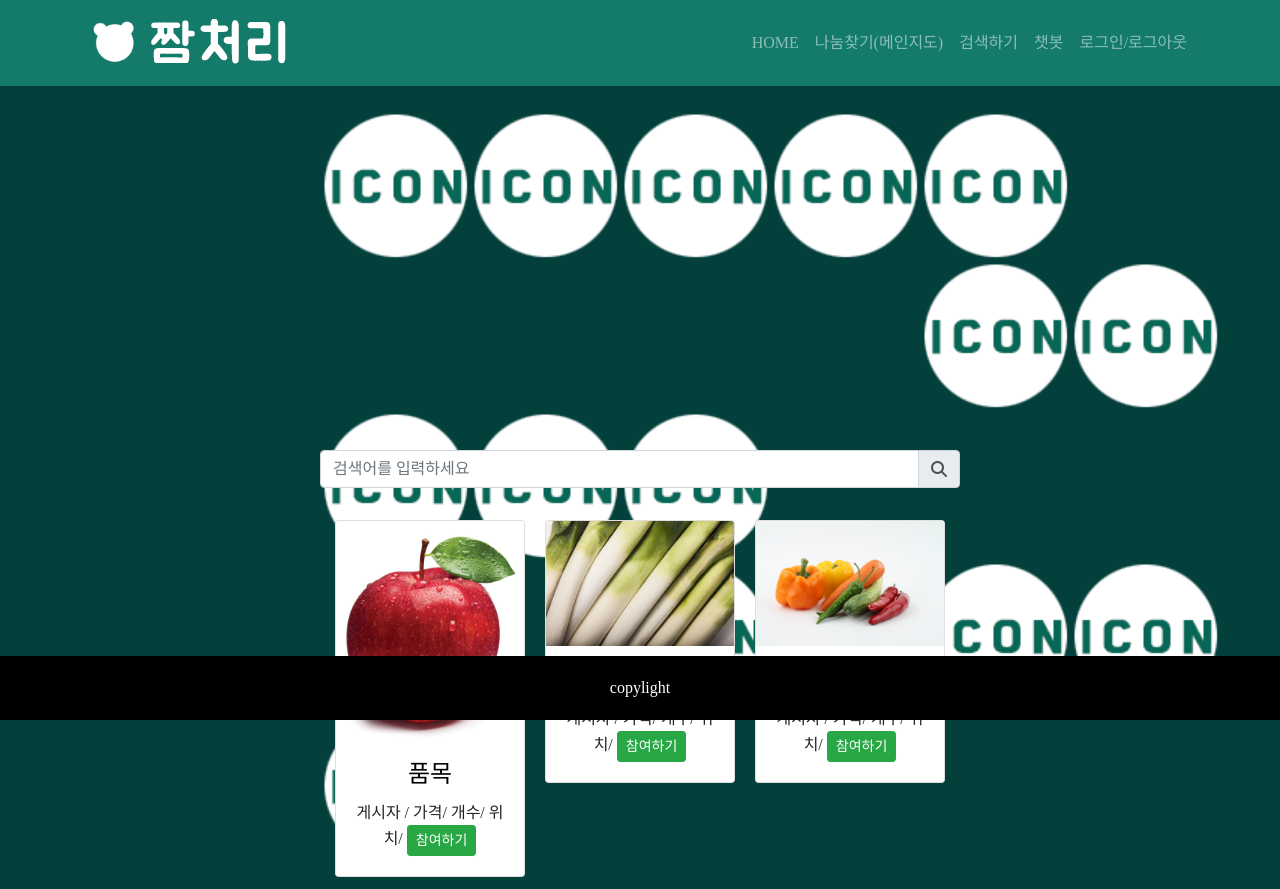
Repository: navang/JJAM_project
Page: http://localhost/jjam/jjam_2_search.jsp
These files come from the project's save history. The page is drawn as it stood at one moment and after the next save; the edit follows.
The browser window is 1280 px wide. The pictures show the whole page.
Some web fonts or font styles are not loaded; a fallback is used. Some web libraries are served in a nearby version. The page is served by Tomcat 9. Nobody is signed in. The application's start-up code is not run.

Above is the page before, as saved 2019-07-15 11:26:15.

After the next save:
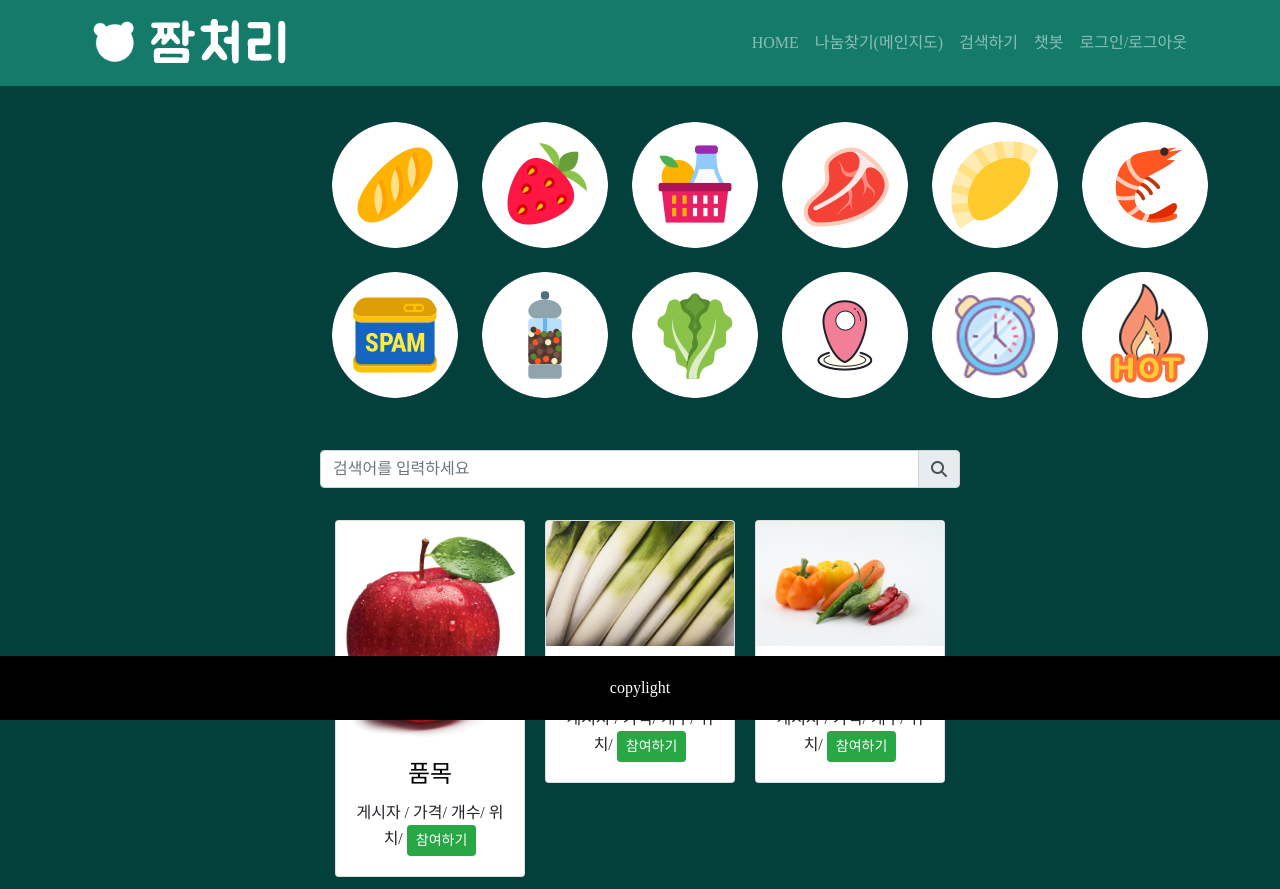
Saved 13 h 47 min later.
--- a/jjam/src/main/webapp/jjam_2_search.jsp
+++ b/jjam/src/main/webapp/jjam_2_search.jsp
@@ -68,36 +68,20 @@
     <div></div><!-- 그리드 왼쪽 공백-->
     <div>
 
-         <div id="grid">
-             <!-- 검색 아이콘이들어가는 내부 그리드-->
-             <!-- 버튼 기능 처리해줄까-->
-             <div><img src="./resources/image/search-icon.png" class="w-100"></div>
-             <div><img src="./resources/image/search-icon.png" class="w-100"></div>
-             <div><img src="./resources/image/search-icon.png" class="w-100"></div>
-             <div><img src="./resources/image/search-icon.png" class="w-100"></div>
-             <div><img src="./resources/image/search-icon.png" class="w-100"></div>
-             <div></div>
-             <div></div>
-             <div></div>
-             <div></div>
-             <div></div>
-             <div><img src="./resources/image/search-icon.png" class="w-100"></div>
-             <div><img src="./resources/image/search-icon.png" class="w-100"></div>
-             <div><img src="./resources/image/search-icon.png" class="w-100"></div>
-             <div><img src="./resources/image/search-icon.png" class="w-100"></div>
-             <div><img src="./resources/image/search-icon.png" class="w-100"></div>
-             <div></div>
-             <div></div>
-             <div></div>
-             <div></div>
-             <div></div>
-             <div><img src="./resources/image/search-icon.png" class="w-100"></div>
-             <div><img src="./resources/image/search-icon.png" class="w-100"></div>
-             <div><img src="./resources/image/search-icon.png" class="w-100"></div>
-             <div><img src="./resources/image/search-icon.png" class="w-100"></div>
-             <div><img src="./resources/image/search-icon.png" class="w-100"></div>
-        </div>
-
+      <div id="grid">
+             <div style="padding: 10px;"><img src="./img/icons/sel/bread_icon.png" alt=""></div>
+             <div style="padding: 10px;"><img src="./img/icons/sel/fruit_icon.png" alt=""></div>
+             <div style="padding: 10px;"><img src="./img/icons/sel/ingredients_icon.png" alt=""></div>
+             <div style="padding: 10px;"><img src="./img/icons/sel/meat_icon.png" alt=""></div>
+             <div style="padding: 10px;"><img src="./img/icons/sel/nangdong_icon.png" alt=""></div>
+             <div style="padding: 10px;"><img src="./img/icons/sel/seafood_icon.png" alt=""></div>
+             <div style="padding: 10px;"><img src="./img/icons/sel/spam_icon.png" alt=""></div>
+             <div style="padding: 10px;"><img src="./img/icons/sel/spice_icon.png" alt=""></div>
+             <div style="padding: 10px;"><img src="./img/icons/sel/vege_icon.png" alt=""></div>
+             <div style="padding: 10px;"><img src="./img/icons/sel/nearby_icon.png" alt=""></div>
+             <div style="padding: 10px;"><img src="./img/icons/sel/recent_icon.png" alt=""></div>
+             <div style="padding: 10px;"><img src="./img/icons/sel/hottem_icon.png" alt=""></div>
+          </div>
 
     </div>
     <div></div>    <!-- 그리드 오른쪽공백-->
